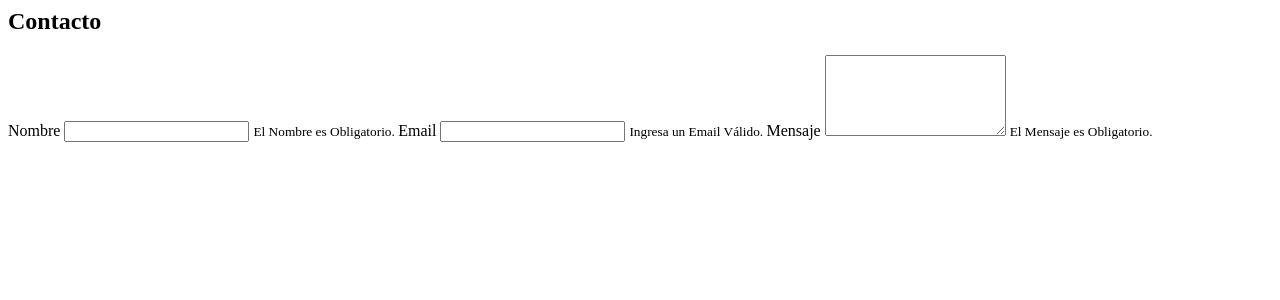
Repository: MatiNicolasur/Academia-de-matematicas
Page: frontend/src/app/pages/contacto/contacto.html
The author's editor kept a copy of each file at every save. The page is drawn from the files as they stood at one save, then again after a run of saves.
The browser window is 1280 px wide. The pictures show the whole page.

Above is the page before, as saved 2025-11-13 01:16:52.

After the next 2 saves:
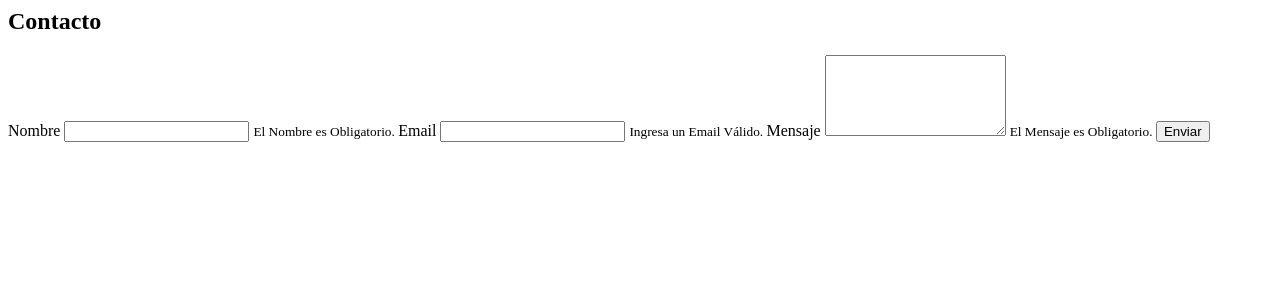
The 2 saves are shown as one change because they came seconds apart.
The last was saved 13 s later.
--- a/frontend/src/app/pages/contacto/contacto.html
+++ b/frontend/src/app/pages/contacto/contacto.html
@@ -22,4 +22,6 @@
     <small *ngif="enviado && contactoForm.controls['mensaje'].invalid">
         El Mensaje es Obligatorio.
     </small>
+
+    <button type="submit">Enviar</button>
 </form>
